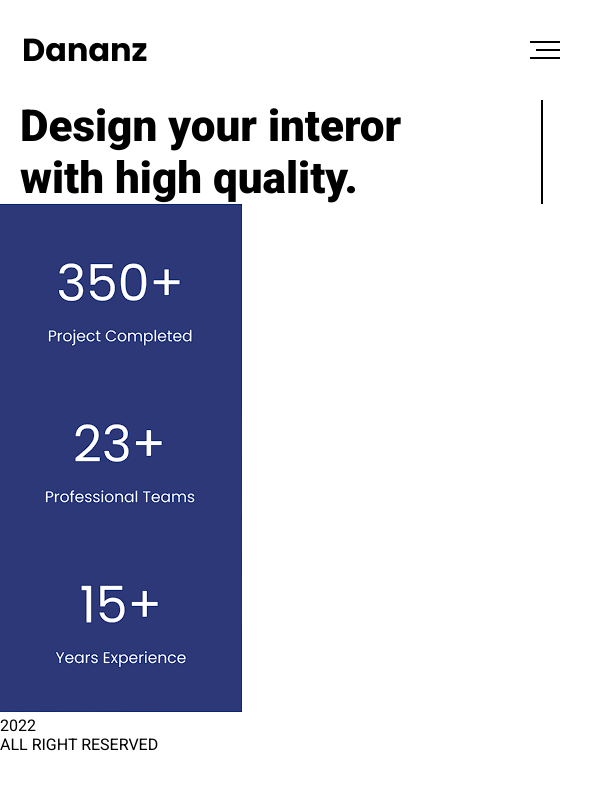
Repository: AsadKasimov/disain
Page: index.html
An editor plug-in stored every save of this project. The page is shown before and after the next save, followed by the edit.
The browser window is 600 px wide. The pictures show the whole page.

Above is the page before, as saved 2023-04-20 13:00:46.

### index.html
<!DOCTYPE html>
<html lang="en">
<head>
    <meta charset="UTF-8">
    <meta http-equiv="X-UA-Compatible" content="IE=edge">
    <meta name="viewport" content="width=device-width, initial-scale=1.0">
    <title>F</title>
    <link rel="stylesheet" href="./style.css">
</head>
<body>

    <div class="wrapper">
        <header class="header">
            <!-- Шапка -->
            <div class="logo">
                <img src="./img/Dananz.png" alt="">
            </div>

            <!-- Меню сайта -->
            <nav class="nav">
                <ul>
                    <li>Home</li>
                    <li>About Us</li>
                    <li>Services</li>
                    <li>Our Teams</li>
                    <li>Contact Us</li>

                </ul>
            </nav>

            <!-- Иконка бургерменю -->
            <div class="burger">
                <span></span>
            </div>
        </header>
        <div class="menu">
            <div class="text-menu">
                <h1>Design your interor with high quality.</h1>
            </div>
            <div class="text-line">
                <hr class="text-line-l">
                <div class="h-pic">
                    <img src="./img/rec.png" alt="">
                    <div class="img-t">
                        <p>2022<br>ALL RIGHT RESERVED</p>
                    </div>
                </div>

            </div>


        </div>
        <div class="h-pic2">
            <img src="./img/rec.png" alt="">
            <div class="img-t2">
                <p>2022<br>ALL RIGHT RESERVED</p>
            </div>
        </div>
    </div>



    <script>
        document.querySelector('.burger').addEventListener('click', function() {
            this.classList.toggle('active');
            document.querySelector('.nav').classList.toggle('open');
        })
    </script>
</body>
</html>

### style.css
@import url('https://fonts.googleapis.com/css2?family=Roboto:ital,wght@0,100;0,300;0,400;0,500;0,900;1,100;1,300;1,400;1,500;1,700;1,900&display=swap');

html, body {
  height: 100%;
  width: 100%;

}

body {
  display: flex;
  flex-direction: column;
  font-family: 'Roboto', sans-serif;
  background-color: #fff;
  /* overflow: hidden; */

}

*{
  padding: 0;
  margin: 0;
  box-sizing: border-box;
}

.wrapper{
  flex-grow: 1;
}

.open{
  display: flex !important;
}

.header{
  display: flex;
  align-items: center;
  justify-content: space-between;
  min-height: 100px;
  background-color: #fff;
  color: #000;
  padding: 0 90px;
}

.logo{
  display: flex;
  justify-content: center;
  flex-direction: column;
  align-items: center;

  width: 90px;
  height: 90px;
}

.nav{
  display: flex;
  width: 700px;
  padding: 0 40px;
}

.nav ul{
  width: 100%;
  list-style: none;
  display: flex;
  justify-content: space-between;
}

.burger{
  display: none;
  position: relative;
  z-index: 50;
  align-items: center;
  justify-content: flex-end;
  width: 30px;
  height: 18px;
}

.burger span{
  height: 2px;
  width: 80%;
  transform: scale(1);
  background-color: #000;
}

.burger::before, .burger::after{
  content: '';
  position: absolute;
  height: 2px;
  width: 100%;
  background-color: #000;
  transition: all 0.3s ease 0s;
}

.burger::before { top: 0 }

.burger::after { bottom: 0 }


.burger.active span { transform: scale(0) }

.burger.active::before{
  top: 50%;
  transform: rotate(-45deg) translate(0, -50%);
}

.burger.active::after{
  bottom: 50%;
  transform: rotate(45deg) translate(0, 50%);
}

h1 {
  display: block;
  font-size: 2em;
  margin-block-start: 0;
  margin-block-end: 0;
  margin-inline-start: 0px;
  margin-inline-end: 0px;
  font-weight: bold;
}

.menu{
  display: flex;
  justify-content: flex-start;
  padding: 0 70px;
  align-items:baseline;

}

.text-menu{
  font-weight: 700;
  font-size: 30px;
  width: 500px;
}

hr.text-line-l{
  border: 1px solid black;
  width: 60vw;

}

.text-line{
  display: flex;
  flex-direction: column;
  gap: 20px;
}

.h-pic2{
  display: none;
}

.h-pic{
  display: flex;
  justify-content: flex-end;
  align-items: flex-end;

}

.img-t {
  display: flex;
  padding-bottom: 30%;
}

.img-t p{

  text-transform: uppercase;
  letter-spacing: 2px;
  transform: rotate(-90deg);
  display: flex;
  justify-content: flex-start;
  align-items: center;
}

@media (max-width: 700px) {

  .img-t2{

  }

  .h-pic{
    display: none;
  }


  .h-pic2{
    display: block;
  }


  hr.text-line-l {
    border: 1px solid black;
    height: 100%;
    width: 0px;
  }



  .menu{
    display: flex;
    justify-content: flex-start;
    padding: 0 20px;
    align-items:normal;
    gap: 23%;
  }

  .text-menu{
    width: 70%;
    font-size: 22px;

  }

  .header{
    display: flex;
    align-items: center;
    justify-content: space-between;
    min-height: 100px;
    background-color: #fff;
    color: #000;
    padding: 0 40px;
  }

  .nav{
    display: flex;
    width: 700px;
    padding: 0 40px;
  }

  .burger { display: flex }

  .nav{
      display: none;
      flex-direction: column;
      position: fixed;
      height: 100%;
      width: 100%;
      top: 0; bottom: 0; left: 0; right: 0;
      z-index: 50;
      overflow-y: auto;
      padding: 50px 40px;
      background-color: ghostwhite;

  }

  .nav ul{
      flex-direction: column;
      row-gap: 30px;
  }
}

After the next save:
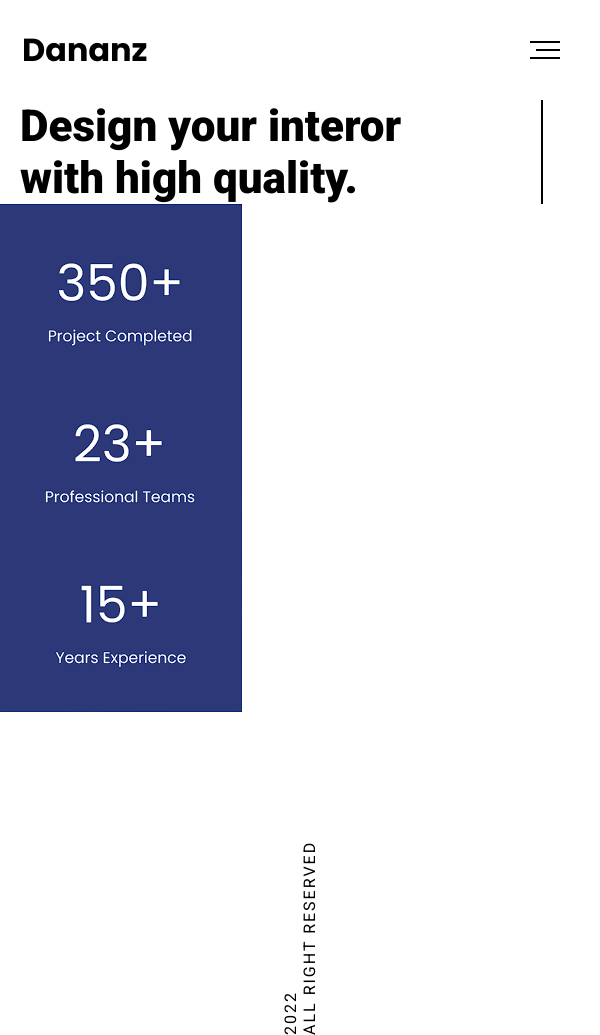
Saved 4 min 17 s later.
--- a/style.css
+++ b/style.css
@@ -170,7 +170,9 @@ hr.text-line-l{
 @media (max-width: 700px) {
 
   .img-t2{
-
+    text-transform: uppercase;
+    letter-spacing: 2px;
+    transform: rotate(-90deg);
   }
 
   .h-pic{
